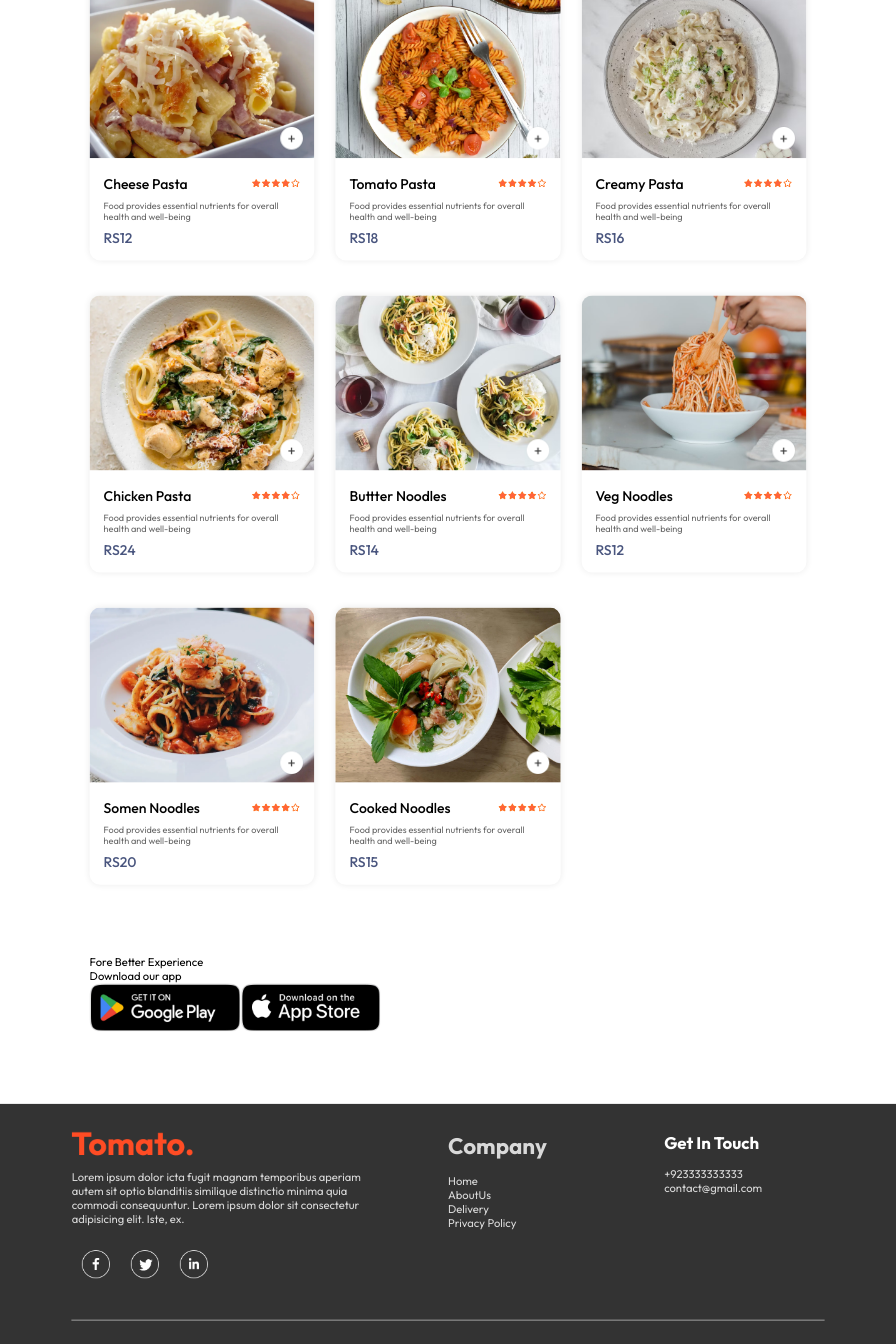
Repository: Attar786/Food-ordering-app
Page: / (app in frontend/)
An editor plug-in stored every save of this project. The page is shown before and after the next save, followed by the edit.
The browser window is 1280 px wide. The pictures show the part of the page from y = 4580 to 6500 px (the page is 6557 px tall before and 6619 px after), at 70% of full size.
The project was rebuilt for these pictures with package versions that can differ from the ones it lists, and the page was loaded fresh each time. Also part of the build but not shown: frontend/vite.config.js, frontend/src/pages/Cart/Cart.css, frontend/src/pages/Cart/Cart.jsx, frontend/src/pages/PlaceOrder/PlaceOrder.css, frontend/src/pages/PlaceOrder/PlaceOrder.jsx.

Above is the page before, as saved 2024-07-26 20:30:36.

### frontend/src/main.jsx
import ReactDOM from 'react-dom/client'
import App from './App.jsx'
import './index.css'
import {BrowserRouter} from 'react-router-dom'
import StoreContextProvider from './context/StoreContext.jsx'
ReactDOM.createRoot(document.getElementById('root')).render(
<BrowserRouter>

<StoreContextProvider>
<App />
</StoreContextProvider>

    </BrowserRouter>
)

### frontend/src/App.jsx
import './index.css'
import Navbar from "./components/Navbar/Navbar"
import Home from './pages/Home/Home'
import Cart from './pages/Cart/Cart'
import PlaceOrder from './pages/PlaceOrder/PlaceOrder'
import { Route, Routes } from 'react-router-dom'
import Footer from './components/Footer/Footer'


function App() {

  return (
    <>

  <div className='app'>
  <Navbar/>
<Routes>
<Route path='/' element={<Home/>}/>
<Route path='/cart' element={<Cart/>}/>
<Route path='/order' element={<PlaceOrder/>}/>

</Routes>
  </div>
  <Footer/>
    </>
  )
}

export default App

### frontend/src/index.css
@import url('https://fonts.googleapis.com/css2?family=Outfit:wght@100..900&display=swap');


*{
margin: 0;
padding: 0;
 box-sizing: border-box;
 font-family: outfit;
}
body{
height: 100vh;
}
a{
text-decoration: none;
color : inherit;
}
.app{
    width: 80%;
    margin: auto;
}
@keyframes fadeIn{
    0%{
        opacity: 0;
    }
    100%{
        opacity: 1;
    }
}

### frontend/src/context/StoreContext.jsx
import './StoreContext.css';
import { createContext, useEffect, useState } from 'react';
import { food_list } from '../assets/assets'; // Ensure this path is correct and food_list is correctly exported

export const StoreContext = createContext(null);

const StoreContextProvider = (props) => {
  const [cartItems, setCartItems] = useState({});

  const addToCart = (itemId) => {
    if (!cartItems[itemId]) {
      setCartItems((prev) => ({ ...prev, [itemId]: 1 }));
    } else {
      setCartItems((prev) => ({ ...prev, [itemId]: prev[itemId] + 1 }));
    }
  };

  const removeFromCart = (itemId) => {
    setCartItems((prev) => {
      const newCount = prev[itemId] - 1;
      if (newCount <= 0) {
        const { [itemId]: _, ...rest } = prev;
        return rest;
      } else {
        return { ...prev, [itemId]: newCount };
      }
    });
  };

  useEffect(() => {
    console.log(cartItems);
  }, [cartItems]);

  const contextValue = {
    food_list,
    cartItems,
    setCartItems,
    addToCart,
    removeFromCart,
  };

  return (
    <StoreContext.Provider value={contextValue}>
      {props.children}
    </StoreContext.Provider>
  );
};

export default StoreContextProvider;

### frontend/src/components/Navbar/Navbar.jsx
import { useState } from 'react';
import './Navbar.css';
import { assets } from '../../assets/assets';

const Navbar = () => {
  const [menu, setMenu] = useState("home");

  const handleMenuClick = (menuItem) => {
    setMenu(menuItem);
  };

  return (
    <div className="Navbar">
      <img src={assets.logo} alt="Logo" className="logo" />
      <ul className="navbar-menu">
        <li onClick={() => handleMenuClick("home")} className={menu === "home" ? "active" : ""}>Home</li>
        <li onClick={() => handleMenuClick("menu")} className={menu === "menu" ? "active" : ""}>Menu</li>
        <li onClick={() => handleMenuClick("mobile-app")} className={menu === "mobile-app" ? "active" : ""}>Mobile App</li>
        <li onClick={() => handleMenuClick("contact-us")} className={menu === "contact-us" ? "active" : ""}>Contact Us</li>
      </ul>
      <div className="navbar-right">
        <img src={assets.search_icon} alt="search-icon" />
        <div>
          <img src={assets.basket_icon} alt="icons" />
          <div className="dot"></div>
        </div>
        <button>Sign In</button>
      </div>
    </div>
  );
}

export default Navbar;

### frontend/src/pages/Home/Home.jsx
import {useState} from 'react'
import Header from '../../components/Header/Header'
import ExploreMenu from '../../components/ExploreMenu/ExploreMenu'
import './Home.css'
import FoodDisplay from '../../components/FoodDisplay/FoodDisplay'
import AppDownload from '../../components/AppDownload/AppDownload'

const Home = () => {
    const [category , setCategory ] = useState('All')
  return (
    <>
<Header/>
<ExploreMenu category={category} setCategory={setCategory}/>
<FoodDisplay category={category} />
<AppDownload/>

</>
)
}

export default Home

### frontend/src/components/Footer/Footer.jsx
import "./Footer.css"
import { assets } from "../../assets/assets"
const Footer = () => {
  return (
    <div className="footer" id="footer">
<div className="footer-content">
    <div className="footer-content-left">
        <img src={assets.logo} alt="fsf" />
    <p>  Lorem ipsum dolor icta fugit magnam temporibus aperiam autem sit optio blanditiis similique distinctio minima quia commodi consequuntur. Lorem ipsum dolor sit consectetur adipisicing elit. Iste, ex.</p>
    <div className="footer-social-icons">
        <img src={assets.facebook_icon} alt="" />
        <img src={assets.twitter_icon} alt="" />
        <img src={assets.linkedin_icon} alt="" />
    </div>

    </div>
    <div className="footer-content-center">
    <h1>Company</h1>
        <ul>
        <li>Home</li>
        <li>AboutUs</li>
        <li>Delivery</li>
        <li>Privacy Policy</li>
        </ul>
    </div>
    <div className="footer-content-right">
        <h2>Get In Touch</h2>
        <ul>
            <li>
                +923333333333
            </li>
            <li>
                contact@gmail.com
            </li>
        </ul>
    </div>
</div>
<hr/>
<p className="footer-copyright">
copyright 2024 All right restricted
</p>

    </div>
  )
}

export default Footer

### frontend/src/components/Navbar/Navbar.css
.Navbar{
    padding: 20px 0;
    display: flex;
    justify-content: space-between;
    align-items: center;
}
.Navbar .logo{
    width: 150px;
}
.navbar-menu{
    display: flex;
    list-style: none;
    gap: 20px;
    font: 18px;
    color: #49557e;
    cursor: pointer;
}
.navbar-right{
    display: flex;
    align-items: center;
    gap: 25px;

}
.Navbar button{
    font-size: 15px;
    border: 1px solid #49557e;
    background: transparent;
    padding: 10px 25px;
    cursor: pointer;
    border-radius: 40px;
    transition: 0.3s;
}
.Navbar button:hover{
    background-color: #fff4f2;
}
.Navbar .navbar-menu .active{
    padding-bottom: 2px;
    border-bottom: 2px solid #49557e;

}
.search-icon{
    position: relative;
}
/* .search-icon .dot{ */
    /* position: absolute;
    top: -5px;
    right: -5px;
    width: 10px;
    height: 10px;
    background-color: blue;
    border-radius: 50%;
} */
.dot {
    position: absolute;
    top: 12px; /* Adjust as needed */
    right: 268px; /* Adjust as needed */
    width: 10px;
    height: 10px;

    background-color: tomato;
    border-radius: 50%;
  }

### frontend/src/components/Header/Header.jsx
import "./Header.css";
const Header = () => {
  return (
    <div className="header">
      <div className="header-contents">
        <h2>order your Favourite Food Here</h2>
        <p>
          Lorem ipsum dolor sit amet consectetur adipisicing elit. Ab,
          repudiandae. Odio architecto libero enim minima.
        </p>
        <button>View Menu</button>
      </div>
    </div>
  );
};

export default Header;

### frontend/src/components/ExploreMenu/ExploreMenu.jsx
import './ExploreMenu.css'
import { menu_list } from '../../assets/assets';
import PropTypes from 'prop-types'
const ExploreMenu = ({ category, setCategory }) => {
  return (
    <div className='explore-menu' id='explore-menu'>
      <h1 className='explore-menu-title'>Explore our Menu</h1>
      <p className='explore-menu-text'>Lorem ipsum dolor sit, amet consectetur adipisicing elit. Quam, eos?</p>
      <div className='explore-menu-list'>
        {menu_list.map((item, index) => {
          return (
            <div onClick={() => setCategory(prev => prev === item.menu_name ? "All" : item.menu_name)} key={index} className='explore-menu-list-item'>
              <img className={category === item.menu_name ? "active" : ""} src={item.menu_image} alt="" />
              <p>{item.menu_name}</p>
            </div>
          )
        })}
      </div>
      <hr />
    </div>
  )
}
    ExploreMenu.propTypes = {
    category: PropTypes.string.isRequired,
    setCategory: PropTypes.func.isRequired,
  };

export default ExploreMenu;

### frontend/src/components/FoodDisplay/FoodDisplay.jsx
import { useContext } from 'react';
import './FoodDisplay.css';
import { StoreContext } from '../../context/StoreContext';
import FoodItem from '../FoodItem/FoodItem';

const FoodDisplay = ({ category }) => {
  const { food_list = [] } = useContext(StoreContext); // Provide a default value

  if (!food_list.length) {
    return <div>Loading...</div>; // Handle loading state or error
  }

  return (
    <div className='food-display' id='food-display'>
      <h2>Top Dishes Near To You</h2>
      <div className='food-display-list'>
        {food_list
          .filter(item => category === "All" || category === item.category)
          .map((item, index) => (
            <FoodItem
              key={index}
              id={item._id}
              name={item.name}
              description={item.description}
              price={item.price}
              image={item.image}
            />
          ))}
      </div>
    </div>
  );
};

export default FoodDisplay;

### frontend/src/components/AppDownload/AppDownload.jsx
import { assets } from "../../assets/assets"
import "./AppDownload.css"
const AppDownload = () => {
  return (
    <div className="app-download" id="app-download">
      <p>Fore Better Experience<br />Download our app</p>
    <div className="app-download-platform">
        <img src={assets.play_store} alt="" />
        <img src={assets.app_store} alt="" />
    </div>


    </div>
  )
}

export default AppDownload

### frontend/src/components/Footer/Footer.css
.footer {
    color: #d9d9d9;
    background-color: hsl(0, 0%, 20%);
    display: flex;
    flex-direction: column;
    align-items: center;
    gap: 20px;
    padding: 30px 8vw; /* Fixed padding syntax */
    padding-top: 40px;
    margin-top: 100px;
}

.footer-content {
    width: 100%;
    display: grid;
    grid-template-columns: 2fr 1fr 1fr;
    gap: 80px;
}

.footer-content-left, .footer-content-center, .footer-content-right {
    display: flex;
    flex-direction: column;
    align-items: start;
    gap: 20px;
}

.footer-content-left li, .footer-content-center li, .footer-content-right li {
    list-style: none;
    cursor: pointer;
}
.footer-content-center h2, .footer-content-right h2 {
    color: white;
}
.footer-social-icons img {
width: 40px;
margin: 15px;
}
.footer hr{
    width: 100%;
    height: 2px;
    margin: 20px 0;
    background-color : gray;
    border: none;
}

### frontend/src/components/Header/Header.css
.header{
    height: 35vw;
    margin: 30px auto;
    background: url('/header_img.png') no-repeat;
    background-size: contain;
    position: relative;
}
.header-contents{
position: absolute;
display: flex;
flex-direction: column;
align-items: start;
gap: 1.5vw;
max-width: 50%;
bottom: 10%;
left: 6vw;
animation: fadeIn 3s;
}

.header-contents h2{
    font-weight: 500;
    color: white;
    font-size: max(4.5vw, 22px);
}
.header-contents p{
    color: white;
    font-size: 1vw;

}
.header-contents button{
    font-weight: 500;
    color: #747474;
    border: none;
    padding: 1vw 2.3vw;
    background-color: white;
    border-radius: 50px;
    font-size: max(1vw,12px);


}

### frontend/src/components/ExploreMenu/ExploreMenu.css
.explore-menu{
    display: flex;
    flex-direction: column;
    gap: 20px;
}
.explore-menu h1{
    color: #262626;
    font-weight: 500;
}
.explore-menu-text{
    max-width: 60%;
    columns: #808080;
}
.explore-menu-list {
    display: flex;
    justify-content: space-between;
    align-items:center;
    gap: 30px;
    text-align: center;
    margin: 20px 0px;
    overflow: scroll;
}
.explore-menu-list::-webkit-scrollbar{
    display: none;
}
.explore-menu-list-item img{
    width: 7.5vw;
    min-width: 85px;
    cursor: pointer;
    border-radius: 50%;
    transition: 0.3s;
}

.explore-menu-list-item p{
    cursor: pointer;
    color: #747474;
    font-size: max(1.4vw, 16px)
}
.explore-menu hr{
    margin: 10px 0px;
    height: 2px;
    color: #e2e2e2;
    border: none;
}
.explore-menu-list-item .active{
    border:3px solid tomato;
    padding: 2px;
}

### frontend/src/components/FoodDisplay/FoodDisplay.css
.food-display{
    margin-top: 30px;
}
.food-display h2{
    font-size: max(2vw, 24px);
    font-weight: 600;
}
.food-display-list{
    display: grid;
    grid-template-columns: repeat(auto-fill,minmax(240px,1fr));
    margin-top: 30px;
    gap: 30px;
    row-gap: 50px;
}

### frontend/src/components/FoodItem/FoodItem.jsx
import './FoodItem.css';
import { assets } from '../../assets/assets';
import { useContext } from 'react';
import { StoreContext } from '../../context/StoreContext';

const FoodItem = ({ id, name, price, description, image }) => {
  const { cartItems, addToCart, removeFromCart } = useContext(StoreContext);

  return (
    <div className='food-item'>
      <div className='food-item-img-container'>
        <img className='food-item-image' src={image} alt={name} />
        {
          !cartItems[id]
            ? <img className='add' onClick={() => addToCart(id)} src={assets.add_icon_white} alt="" />
            : <div className='food-item-counter'>
                <img onClick={() => removeFromCart(id)} src={assets.remove_icon_red} alt="" />
                <p>{cartItems[id]}</p>
                <img onClick={() => addToCart(id)} src={assets.add_icon_green} alt="" />
              </div>
        }
      </div>
      <div className='food-item-info'>
        <div className='food-item-name-rating'>
          <p>{name}</p>
          <img src={assets.rating_starts} alt="Rating" />
        </div>
        <p className='food-item-description'>
          {description}
        </p>
        <p className='food-item-price'>RS{price}</p>
      </div>
    </div>
  );
};

export default FoodItem;

### frontend/src/components/AppDownload/AppDownload.css
.app-download{
    margin: auto auto;
    margin-top: 100px;
}

### frontend/src/components/FoodItem/FoodItem.css
.food-item{
    width: 100%;
    border-radius: 15px;
    box-shadow: 0px 0px 10px #00000015;
    transition: 0.3s;
    animation: fadeIn 1s;
}
.food-item-image{
    width: 100%;
    border-radius : 15px 15px 0px 0px;
}

.food-item-info{
    padding: 20px;
}
.food-item-name-rating{
    display: flex;
    justify-content: space-between;
    align-items: center;
    margin-bottom: 10px;
}
.food-item-name-rating p{
    font-size: 20px;
    font-weight: 500;

}
.food-item-name-rating img {
    width: 70px;

}
.food-item-description{
    color: #676767;
    font-size: 13px;
}
.food-item-price{
    margin-top: 10px;
    color: #49557e;
    font-size: 20px;
    font-weight: 500;
}
.food-item-img-container{
    position: relative;
}

.food-item-img-container .add{
    width: 35px;
    position:absolute;
    bottom: 15px;
    right: 15px;
    cursor: pointer;
    border-radius: 50%;
}
.food-item-counter{
    position: absolute;
    bottom: 15px;
    right: 15px;
    background-color: white;
    display: flex;
    align-items: center;
    gap: 10px;
    cursor: pointer;
    padding: 6px;
    border-radius:50px;

}
.food-item-counter img{
    width: 30px;
}

Loaded but not shown: frontend/index.html (common file); frontend/src/assets/assets.js (350 lines, source omitted); frontend/src/context/StoreContext.css (no stored copy; drawn as an empty file); frontend/src/pages/Home/Home.css (no stored copy; drawn as an empty file)

After the next save:
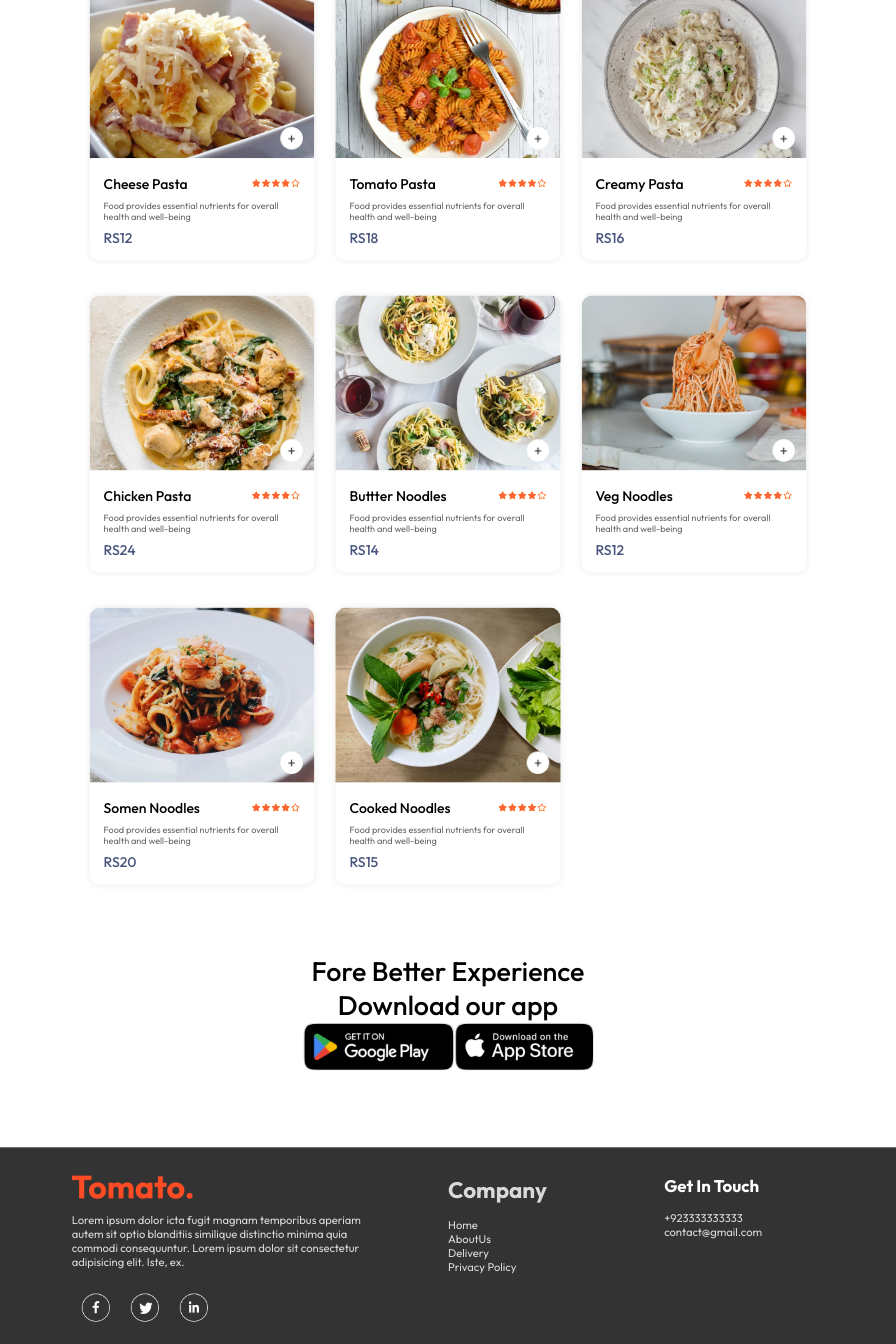
Saved 42 s later.
--- a/frontend/src/components/AppDownload/AppDownload.css
+++ b/frontend/src/components/AppDownload/AppDownload.css
@@ -1,4 +1,7 @@
 .app-download{
     margin: auto auto;
     margin-top: 100px;
+    font-size: max(3vw, 15px);
+    text-align: center;
+    font-weight: 500;
 }
